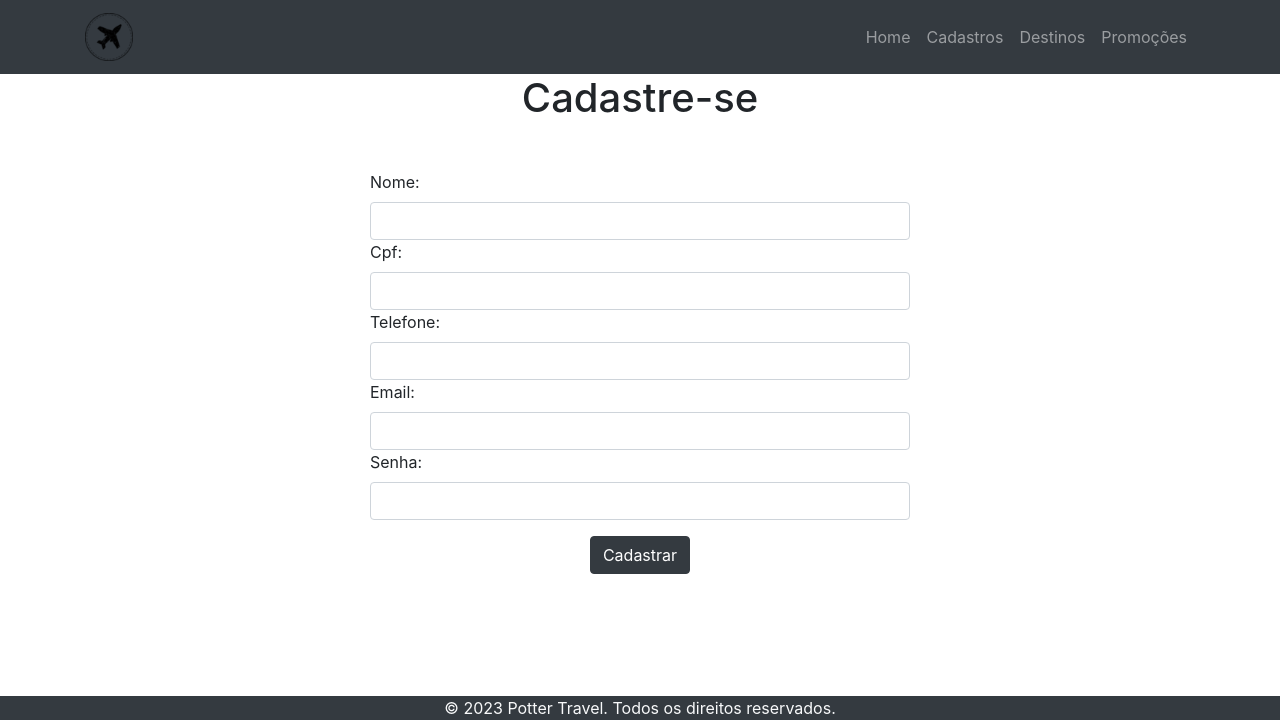
Repository: marcelledssantos/PotterTravel-MVC
Page: http://localhost/PotterTravel-MVC/cadastro.jsp
The author's editor kept a copy of each file at every save. The page is drawn from the files as they stood at one save, then again after the next save.
The browser window is 1280 px wide. The pictures show the whole page.
Some web libraries are served in a nearby version. The page is served by Tomcat 9.

Above is the page before, as saved 2023-11-03 00:43:00.

After the next save:
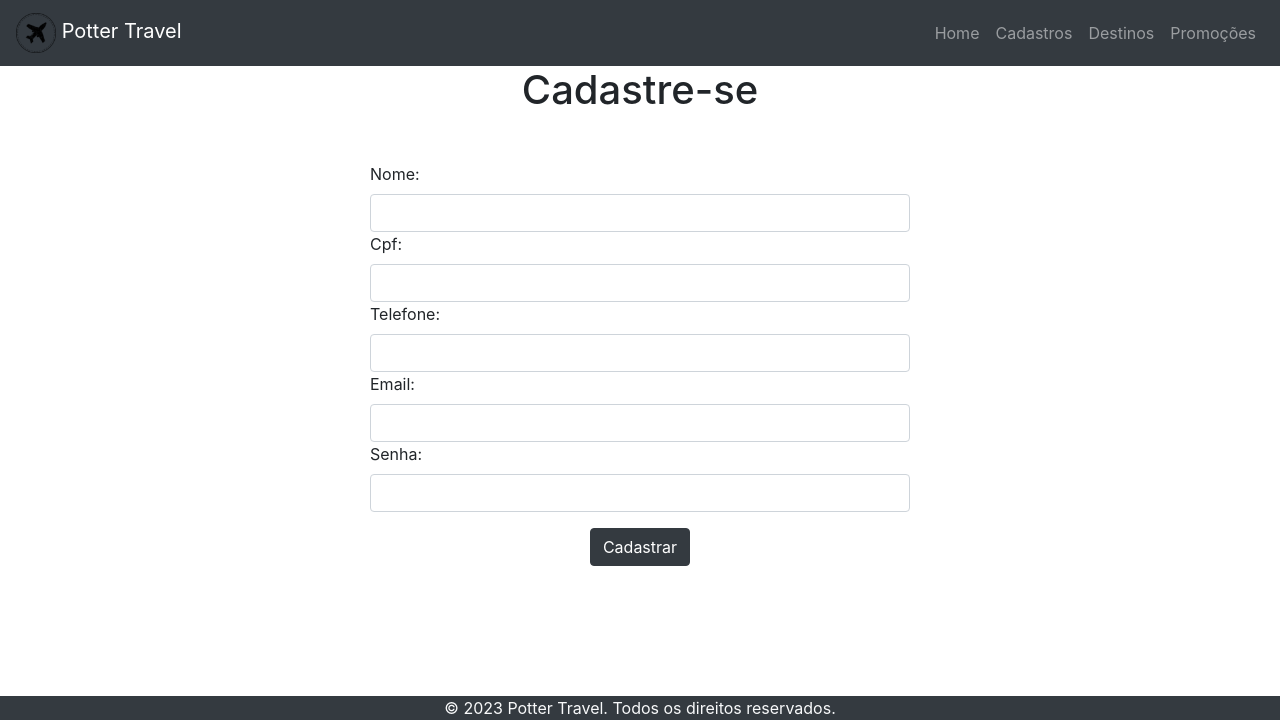
Saved 80 s later.
--- a/PotterTravel-MVC/src/main/webapp/cadastro.jsp
+++ b/PotterTravel-MVC/src/main/webapp/cadastro.jsp
@@ -11,16 +11,15 @@
 </head>
 <body>
 	<!-- Cabeçalho -->
-	<header>
+	 <header>
 		<nav class="navbar navbar-expand-lg navbar-dark  bg-dark text-light">
-			<div class="container">
-				<a class="navbar-brand" href="#"><img src="./Icon/aviao.png"
-					height="48px"></a>
-				<button class="navbar-toggler" type="button" data-toggle="collapse"
-					data-target="#navbarNav" aria-controls="navbarNav"
-					aria-expanded="false" aria-label="Toggle navigation">
-					<span class="navbar-toggler-icon"></span>
-				</button>
+			 <a class="navbar-brand" href="#">
+            <img src="Icon/aviao.png" width="40" height="40" class="d-inline-block align-center" alt="Logo">
+            Potter Travel</a>
+        <button class="navbar-toggler" type="button" data-toggle="collapse" data-target="#navbarNav"
+            aria-controls="navbarNav" aria-expanded="false" aria-label="Toggle navigation">
+            <span class="navbar-toggler-icon"></span>
+        </button>
 				<div class="collapse navbar-collapse" id="navbarNav">
 					<ul class="navbar-nav ml-auto">
 						<li class="nav-item"><a class="nav-link" href="index.html">Home</a>
